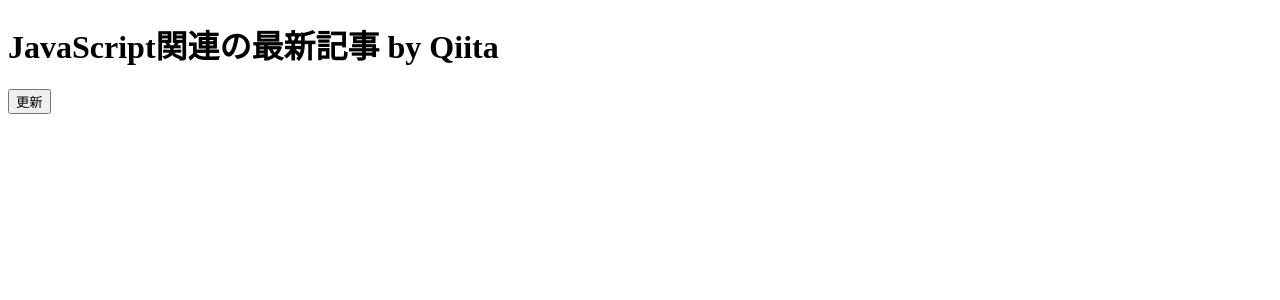
Repository: yuk-i/lesson
Page: lesson.html
The author's editor kept a record of every edit. The page is drawn from the files as they stood at one moment, then again after the next edit.
The browser window is 1280 px wide. The pictures show the whole page.

Above is the page before.

### lesson.html
<!DOCTYPE html>
<html lang="ja">
  <head>
    <meta charset="utf-8">
    <title>サンプルデモ</title>

 </head>
 <body>
     <h1>JavaScript関連の最新記事 by Qiita</h1>

     <button id="btn">更新</button>
     <p id="count"></p>

  <script>
    const url = "https://api.github.com/search/repositories?q=javascript";
    const btn = document.getElementById("btn");
    const count = document.getElementById("count");

    const createList = item => {

        count.textContent = item.total_count;

    }

    btn.addEventListener("click", () => {


        fetch(url)
        .then(data => data.json())
        .then(data => createList(data))
    })
  </script>
 </body>
</html>

After the next edit:
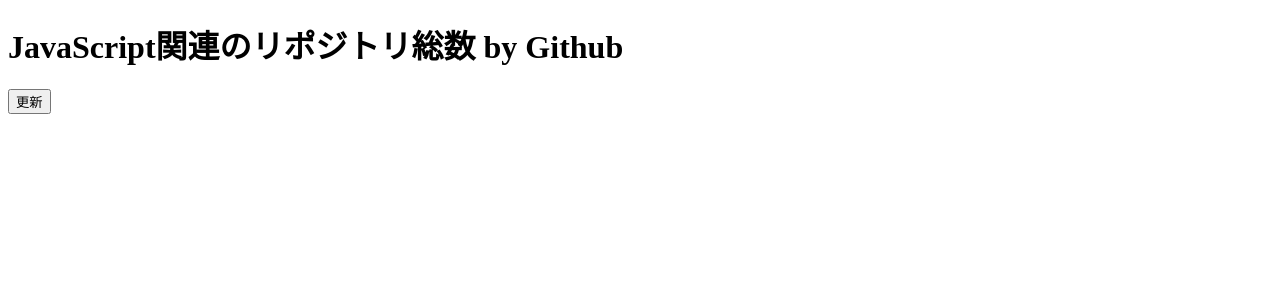
The edit:
--- a/lesson.html
+++ b/lesson.html
@@ -6,7 +6,7 @@
 
  </head>
  <body>
-     <h1>JavaScript関連の最新記事 by Qiita</h1>
+     <h1>JavaScript関連のリポジトリ総数 by Github</h1>
 
      <button id="btn">更新</button>
      <p id="count"></p>
